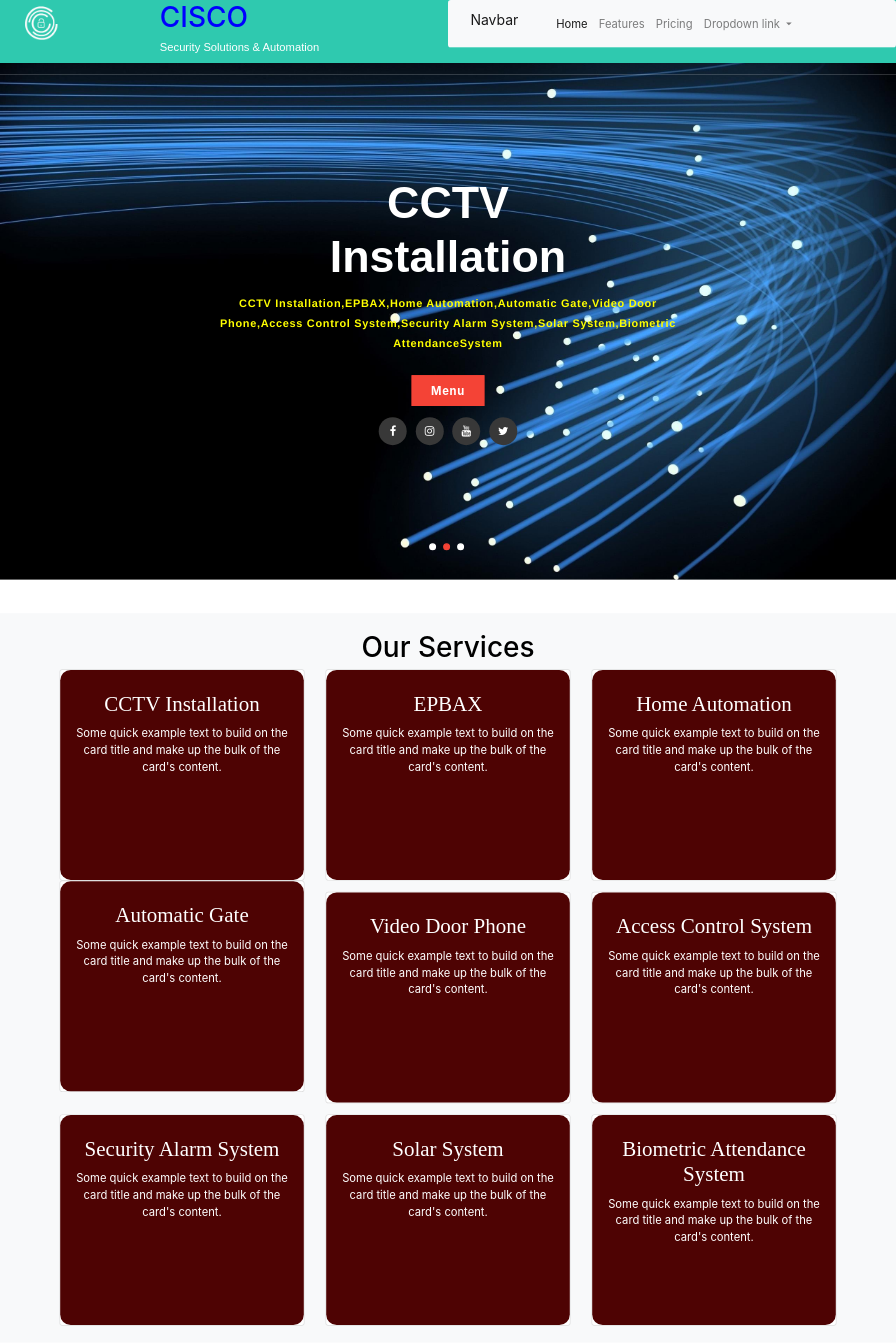
Repository: Nuhman123/Cisco
Page: index.html
The author's editor kept a copy of each file at every save. The page is drawn from the files as they stood at one save, then again after a run of saves.
The browser window is 1280 px wide. The pictures show the part of the page from y = 0 to 1920 px (the page is 3545 px tall), at 70% of full size.

Above is the page before, as saved 2021-04-09 11:20:37.

### index.html
<!--A Design by W3layouts
Author: W3layout
Author URL: http://w3layouts.com
License: Creative Commons Attribution 3.0 Unported
License URL: http://creativecommons.org/licenses/by/3.0/
-->
<!DOCTYPE html>
<html lang="en">
<head>
<title>CISCO security solutions & automation</title>
<meta name="viewport" content="width=device-width, initial-scale=1">
<meta http-equiv="Content-Type" content="text/html; charset=utf-8" />
<meta name="keywords" content="Royal Recipes Responsive web template, Bootstrap Web Templates, Flat Web Templates, Android Compatible web template,
Smartphone Compatible web template, free webdesigns for Nokia, Samsung, LG, SonyEricsson, Motorola web design" />
<script type="application/x-javascript"> addEventListener("load", function() { setTimeout(hideURLbar, 0); }, false); function hideURLbar(){ window.scrollTo(0,1); } </script>
<!-- bootstrap-css -->
<link href="css/bootstrap.css" rel="stylesheet" type="text/css" media="all" />
<!--// bootstrap-css -->
<!-- css -->
<link rel="stylesheet" href="css/style.css" type="text/css" media="all" />
<!--// css -->
<link rel="stylesheet" href="css/owl.carousel.css" type="text/css" media="all">
<link href="css/owl.theme.css" rel="stylesheet">
<!-- font-awesome icons -->
<link href="css/font-awesome.css" rel="stylesheet">
<!-- //font-awesome icons -->
<!-- font -->
<link href='//fonts.googleapis.com/css?family=Pacifico' rel='stylesheet' type='text/css'>
<link href='//fonts.googleapis.com/css?family=Open+Sans+Condensed:300,300italic,700' rel='stylesheet' type='text/css'>
<!-- //font -->
<script src="js/jquery-1.11.1.min.js"></script>
<script src="js/bootstrap.js"></script>
<link rel="stylesheet" href="https://maxcdn.bootstrapcdn.com/bootstrap/4.0.0/css/bootstrap.min.css" integrity="sha384-Gn5384xqQ1aoWXA+058RXPxPg6fy4IWvTNh0E263XmFcJlSAwiGgFAW/dAiS6JXm" crossorigin="anonymous">
<!-- light-box -->
<link rel="stylesheet" href="css/lightbox.css">
<!-- //light-box -->
<script src="js/SmoothScroll.min.js"></script>
<!--search jQuery-->
<script src="js/main.js"></script>
<!--//search jQuery-->
<script type="text/javascript">
	jQuery(document).ready(function($) {
		$(".scroll").click(function(event){
			event.preventDefault();
			$('html,body').animate({scrollTop:$(this.hash).offset().top},1000);
		});
	});
</script>

<script>
$(document).ready(function() {
	$("#owl-demo").owlCarousel({

		autoPlay: 3000, //Set AutoPlay to 3 seconds
		autoPlay:true,
		items : 4,
		itemsDesktop : [640,5],
		itemsDesktopSmall : [414,4]

	});

});
</script>
</head>
<body>
	<header class="header-1">
		<div class="col-xs-2">
			<img src="images/csc0log.png">
		</div>
		<div class="col-xs-4">
			<h1>CISCO</h1>
			<p>Security Solutions & Automation</p>
		</div>
		<nav class="navbar navbar-expand-lg navbar-light bg-light">
			<a class="navbar-brand" href="#">Navbar</a>
			<button class="navbar-toggler" type="button" data-toggle="collapse" data-target="#navbarNavDropdown" aria-controls="navbarNavDropdown" aria-expanded="false" aria-label="Toggle navigation">
			  <span class="navbar-toggler-icon"></span>
			</button>
			<div class="collapse navbar-collapse" id="navbarNavDropdown">
			  <ul class="navbar-nav">
				<li class="nav-item active">
				  <a class="nav-link" href="#">Home <span class="sr-only">(current)</span></a>
				</li>
				<li class="nav-item">
				  <a class="nav-link" href="#">Features</a>
				</li>
				<li class="nav-item">
				  <a class="nav-link" href="#">Pricing</a>
				</li>
				<li class="nav-item dropdown">
				  <a class="nav-link dropdown-toggle" href="#" id="navbarDropdownMenuLink" data-toggle="dropdown" aria-haspopup="true" aria-expanded="false">
					Dropdown link
				  </a>
				  <div class="dropdown-menu" aria-labelledby="navbarDropdownMenuLink">
					<a class="dropdown-item" href="#">Action</a>
					<a class="dropdown-item" href="#">Another action</a>
					<a class="dropdown-item" href="#">Something else here</a>
				  </div>
				</li>
			  </ul>
			</div>
		  </nav>
	</header>
	<!-- banner -->
	<div class="banner">
		<div class="top-banner">
			<div class="container">

			</div>
		</div>
		<div class="header">
			<div class="container">
				<div class="logo">

				</div>
				<div class="clearfix"> </div>
			</div>
		</div>
		<div class="banner-slider">
			<div class="container">
				<div class="slider">
					<div class="callbacks_container">
						<ul class="rslides callbacks callbacks1" id="slider4">
							<li>
								<div class="agileits-banner-info">
									<img src="images/csc0log.png">
									<h3>CISCO</h3>
									<h5>Security Solutions & Automation</h5>
									<p>CCTV Installation,EPBAX,Home Automation,Automatic Gate,Video Door Phone,Access Control System,Security Alarm System,Solar System,Biometric AttendanceSystem</p>
									<a href="menu.html">Menu</a>

								</div>
							</li>
							<li>
								<div class="agileits-banner-info">
									<h3>CCTV<br> Installation</h3>
									<p>CCTV Installation,EPBAX,Home Automation,Automatic Gate,Video Door Phone,Access Control System,Security Alarm System,Solar System,Biometric AttendanceSystem</p>
									<a href="menu.html">Menu</a>
								</div>
							</li>
							<li>
								<div class="agileits-banner-info">
									<img src="images/csc0log.png">
									<h3>CISCO</h3>
									<p>CCTV Installation,EPBAX,Home Automation,Automatic Gate,Video Door Phone,Access Control System,Security Alarm System,Solar System,Biometric AttendanceSystem</p>
									<a href="menu.html">Menu</a>
								</div>
							</li>
						</ul>
						<div class="social text-center">
							<ul>
								<li><a href="https://www.facebook.com/cisco_security_solutions-101064504984043/"><i class="fa fa-facebook"></i></a></li>
								<li><a href="https://www.instagram.com/ci8sco_security_solutions?r=nametag"><i class="fa fa-instagram"></i></a></li>
								<li><a href="https://youtube.com/channel/UCSI_CHHL5nW7fggODaksUw"><i class="fa fa-youtube"></i></a></li>
								<li><a href="https://twitter.com"><i class="fa fa-twitter"></i></a></li>
							</ul>
						</div>
					</div>
					<script src="js/responsiveslides.min.js"></script>
					<script>
						// You can also use "$(window).load(function() {"
						$(function () {
						  // Slideshow 4
						  $("#slider4").responsiveSlides({
							auto: true,
							pager:true,
							nav:false,
							speed: 500,
							namespace: "callbacks",
							before: function () {
							  $('.events').append("<li>before event fired.</li>");
							},
							after: function () {
							  $('.events').append("<li>after event fired.</li>");
							}
						  });

						});
					 </script>
					<!--banner Slider starts Here-->
				</div>
			</div>
		</div>
	</div>
	<!-- banner -->
	<!-- services -->
	<section class="bg-light p-4 mt-5" id="services">
		<div class="container">
		  <h1 class="services text-center">Our Services</h1>
		  <div class="row">
			<div class="col-lg-4 col-md-6">
			  <div class="card text-center">

				<div class="card-body">
				  <h5 class="card-title">CCTV Installation</h5>
				  <p class="card-text">Some quick example text to build on the card title and make up the bulk of the card's content.</p>
				</div>
			  </div>
			</div>
			<div class="col-lg-4 col-md-6 ">
			  <div class="card text-center ">

				<div class="card-body">
				  <h5 class="card-title">EPBAX</h5>
				  <p class="card-text">Some quick example text to build on the card title and make up the bulk of the card's content.</p>
				</div>
			  </div>
			</div>
			<div class="col-lg-4 col-md-6">
			  <div class="card text-center ">

				<div class="card-body">
				  <h5 class="card-title">Home Automation</h5>
				  <p class="card-text">Some quick example text to build on the card title and make up the bulk of the card's content.</p>
				</div>
			  </div>
			</div>
			<div class="col-lg-4 col-md-6">
			  <div class="card text-center">
				<div class="card-body">
				  <h5 class="card-title">Automatic Gate</h5>
				  <p class="card-text">Some quick example text to build on the card title and make up the bulk of the card's content.</p>
				</div>
			  </div>
			</div>
			<div class="col-lg-4 col-md-6  pt-3">
			  <div class="card text-center">
				<div class="card-body">
				  <h5 class="card-title">Video Door Phone</h5>
				  <p class="card-text">Some quick example text to build on the card title and make up the bulk of the card's content.</p>
				</div>
			  </div>
			</div>
			<div class="col-lg-4 col-md-6  pt-3">
			  <div class="card text-center ">
				<div class="card-body">
				  <h5 class="card-title">Access Control System</h5>
				  <p class="card-text">Some quick example text to build on the card title and make up the bulk of the card's content.</p>
				</div>
			  </div>
			</div>
			<div class="col-lg-4 col-md-6  pt-3">
				<div class="card text-center ">
				  <div class="card-body">
					<h5 class="card-title">Security Alarm System</h5>
					<p class="card-text">Some quick example text to build on the card title and make up the bulk of the card's content.</p>
				  </div>
				</div>
			  </div>
			  <div class="col-lg-4 col-md-6  pt-3">
				<div class="card text-center ">
				  <div class="card-body">
					<h5 class="card-title">Solar System</h5>
					<p class="card-text">Some quick example text to build on the card title and make up the bulk of the card's content.</p>
				  </div>
				</div>
			  </div>
			  <div class="col-lg-4 col-md-6  pt-3">
				<div class="card text-center ">
				  <div class="card-body">
					<h5 class="card-title">Biometric Attendance System</h5>
					<p class="card-text">Some quick example text to build on the card title and make up the bulk of the card's content.</p>
				  </div>
				</div>
			  </div>
		  </div>
		</div>
	  </section>
	<!-- //services -->
	<!-- offer -->
	<div class="jarallax offer">
		<div class="container">
			<div class="w3l-offer-heading">
				<h3>Today Offers</h3>
			</div>
			<div class="w3ls-offer-slider">
				<div class="slider">
					<div class="callbacks_container">
						<ul class="rslides callbacks callbacks1" id="slider3">
							<li>
								<div class="agileinfo-offer-grid">
									<h4>45<span>%</span></h4>
									<h5>Pork Vindaloo</h5>
									<p>Quisque scelerisque rutrum nunc, eget hendrerit diam porta efficitur. Duis bibendum consequat est, sed efficitur arcu. Morbi viverra, leo sit amet vestibulum dignissim, tortor est dignissim dolor, eu accumsan est urna id felis. </p>
								</div>
							</li>
							<li>
								<div class="agileinfo-offer-grid">
									<h4>50%</h4>
									<h5>Phaal Curry</h5>
									<p>Vestibulum euismod porttitor interdum. Vivamus porta consectetur nulla porttitor hendrerit. Pellentesque ultrices augue ut nibh feugiat, nec egestas orci cursus. Sed vehicula quis erat sed lobortis. Curabitur eleifend sit amet.</p>
								</div>
							</li>
							<li>
								<div class="agileinfo-offer-grid">
									<h4>64%</h4>
									<h5>Laal Maas</h5>
									<p>Aenean volutpat auctor ultrices. Aliquam ac turpis ultrices, porta enim at, interdum velit. Ut ligula justo, sodales eu nisi a, molestie dictum leo. Sed blandit porta ante, at consequat nulla fermentum a. Donec aliquet tristique.</p>
								</div>
							</li>
						</ul>
					</div>
					<script>
						// You can also use "$(window).load(function() {"
						$(function () {
						  // Slideshow 4
						  $("#slider3").responsiveSlides({
							auto: true,
							pager:false,
							nav:false,
							speed: 500,
							namespace: "callbacks",
							before: function () {
							  $('.events').append("<li>before event fired.</li>");
							},
							after: function () {
							  $('.events').append("<li>after event fired.</li>");
							}
						  });

						});
					 </script>
					<!--banner Slider starts Here-->
				</div>
			</div>
			<script src="js/jarallax.js"></script>
		</div>
	</div>
	<!-- //offer -->
	<!-- special -->
	<div class="special">
		<div class="container">
			<div class="wthree-special-heading">
				<h3>IMAGES</h3>
			</div>
			<div class="special-grids">
				<div id="owl-demo" class="owl-carousel owl-theme">
						<div class="item">
							<div class="w3-agileits-special-grid-info">
								<img src="images/bio.jfif" alt="" />
							</div>
						</div>
						<div class="item">
							<div class="w3-agileits-special-grid-info">
								<img src="images/epbax.jpeg" alt="" />

							</div>
						</div>
						<div class="item">
							<div class="w3-agileits-special-grid-info">
								<img src="images/h automations.jfif" alt="" />

							</div>
						</div>
						<div class="item">
							<div class="w3-agileits-special-grid-info">
								<img src="images/home automa 5.jfif" alt="" />
							</div>
						</div>
						<div class="item">
							<div class="w3-agileits-special-grid-info">
								<img src="images/ghy.jfif" alt="" />

							</div>
						</div>
						<div class="item">
							<div class="w3-agileits-special-grid-info">
								<img src="images/289c9c264087cddc084383969cd6e19f.jpg" alt="" />

							</div>
						</div>
						<div class="item">
							<div class="w3-agileits-special-grid-info">
								<img src="images/h automations.jfif3.jfif" alt="" />

							</div>
						</div>
						<div class="item">
							<div class="w3-agileits-special-grid-info">
								<img src="images/cctv3.jpg" alt="" />

							</div>
						</div>
				</div>
			</div>
		</div>
	</div>
	<!-- //special -->
	<!-- footer -->
	<div class="w3-agile-footer">
		<div class="container">
			<div class="footer-grids">
				<div class="col-md-4 footer-grid">
					<div class="footer-grid-heading">
						<h4>Address</h4>
					</div>
					<div class="footer-grid-info">
						<h1>CISCO</h1>
						<h4 class="">Security Solutions & Automation</h4>
						</di>
						<p class="phone">Phone : 9656457858|9072251938
							<span>Email : <a href="pklcisco@email.com">pklcisco@gmail.com</a></span>
						</p>
						<p>Oppo South Indian ATM,Near Zella Fancy 	Pulikkal </p>
					</div>

				</div>
				<div class="col-md-4 footer-grid">
					<div class="footer-grid-heading">
						<h4>Navigation</h4>
					</div>
					<div class="footer-grid-info">
						<ul class="">
							<li><a href="index.html">Home</a></li>
							<li><a href="about.html">About</a></li>
							<li><a href="menu.html">Menu</a></li>
							<li><a href="contact.html">Contact</a></li>
						</ul>
					</div>
				</div>
				<div class="col-md-4 footer-grid">
					<div class="footer-grid-heading">
						<h4>Follow</h4>
					</div>
					<div class="social">
						<ul>
							<li><a href="https://www.facebook.com/cisco_security_solutions-101064504984043/"><i class="fa fa-facebook"></i></a></li>
							<li><a href="https://www.instagram.com/ci8sco_security_solutions?r=nametag"><i class="fa fa-instagram"></i></a></li>
							<li><a href="https://youtube.com/channel/UCSI_CHHL5nW7fggODaksUw"><i class="fa fa-youtube"></i></a></li>
							<li><a href="https://twitter.com"><i class="fa fa-twitter"></i></a></li>
						</ul>
					</div>
				<div class="clearfix"> </div>
			</div>
		</div>
	</div>
	<div class="agileits-w3layouts-copyright">
		<p>| Design by <a href=""> AKN Creations </a> </p>
		<li style="color: yellow;"><i  class="fa fa-phone" aria-hidden="true"></i> 9446795304</li>
	</div>
	</div>
	<!-- //footer -->
	<script src="js/owl.carousel.js"></script>
	<script type="text/javascript" src="js/move-top.js"></script>
	<script type="text/javascript" src="js/easing.js"></script>
	<!-- here stars scrolling icon -->
	<script type="text/javascript">
		$(document).ready(function() {
			/*
				var defaults = {
				containerID: 'toTop', // fading element id
				containerHoverID: 'toTopHover', // fading element hover id
				scrollSpeed: 1200,
				easingType: 'linear'
				};
			*/

			$().UItoTop({ easingType: 'easeOutQuart' });

			});
	</script>
<!-- //here ends scrolling icon -->
<script type="text/javascript">
			/* init Jarallax */
			$('.jarallax').jarallax({
				speed: 0.5,
				imgWidth: 1366,
				imgHeight: 768
			})
		</script>
</body>
</html>

Loaded but not shown: css/bootstrap.css (library); css/owl.carousel.css (common file); css/owl.theme.css (common file); css/font-awesome.css (library); js/jquery-1.11.1.min.js (library); js/bootstrap.js (library); css/lightbox.css (library); js/SmoothScroll.min.js (library); js/responsiveslides.min.js (library); js/owl.carousel.js (library); js/jarallax.js (433 lines, source omitted); js/easing.js (140 lines, source omitted); js/main.js (100 lines, source omitted); js/move-top.js (5 lines, source omitted); css/style.css (2043 lines, source omitted)

After the next 3 saves:
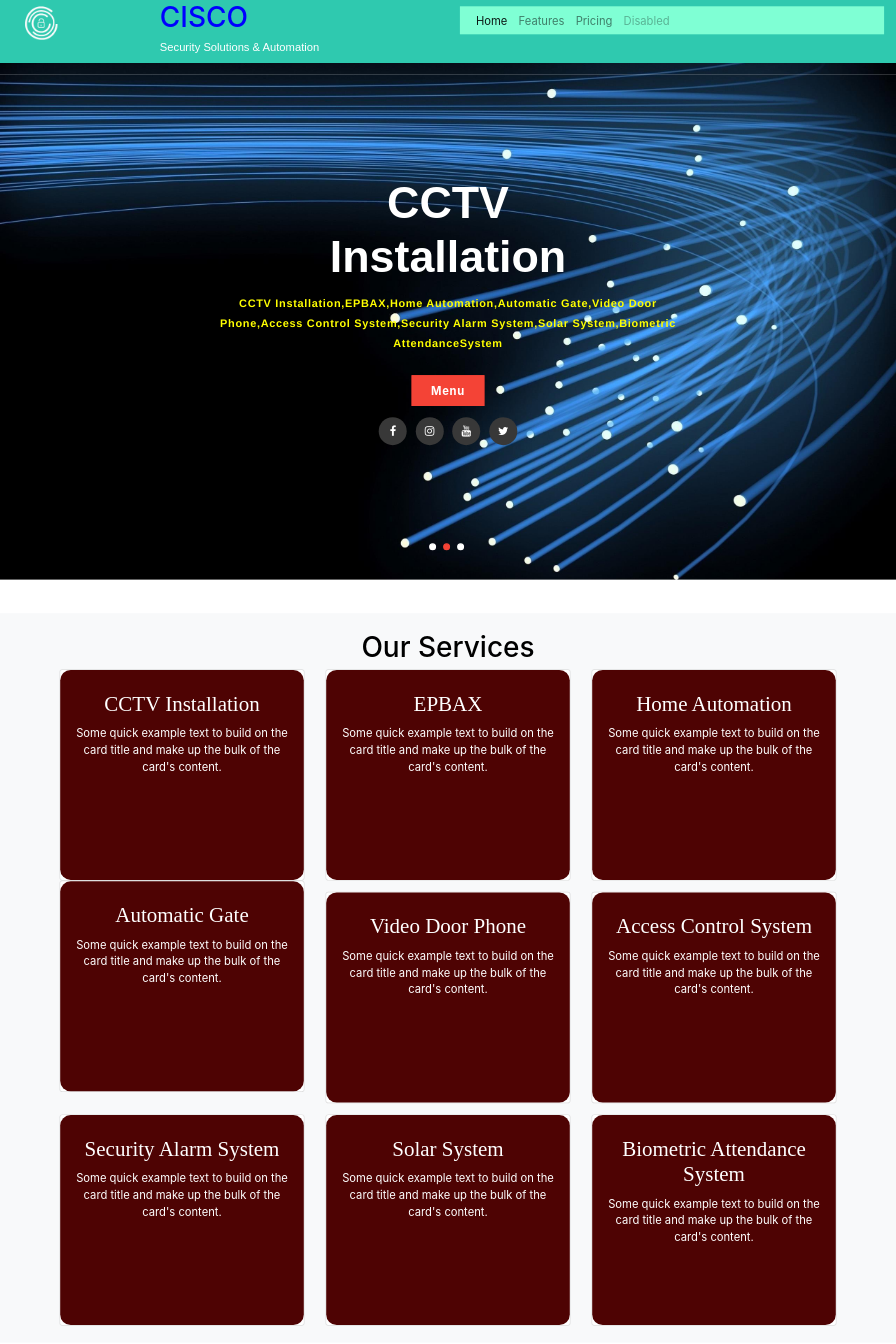
The 3 saves are shown as one change because they came seconds apart.
The last was saved 38 s later.
--- a/index.html
+++ b/index.html
@@ -71,33 +71,17 @@
 			<h1>CISCO</h1>
 			<p>Security Solutions & Automation</p>
 		</div>
-		<nav class="navbar navbar-expand-lg navbar-light bg-light">
-			<a class="navbar-brand" href="#">Navbar</a>
-			<button class="navbar-toggler" type="button" data-toggle="collapse" data-target="#navbarNavDropdown" aria-controls="navbarNavDropdown" aria-expanded="false" aria-label="Toggle navigation">
+		<nav class="navbar navbar-expand-lg navbar-light">
+			<button style="background-color:white;" class="navbar-toggler" type="button" data-toggle="collapse" data-target="#navbarNavAltMarkup" aria-controls="navbarNavAltMarkup" aria-expanded="false" aria-label="Toggle navigation">
 			  <span class="navbar-toggler-icon"></span>
 			</button>
-			<div class="collapse navbar-collapse" id="navbarNavDropdown">
-			  <ul class="navbar-nav">
-				<li class="nav-item active">
-				  <a class="nav-link" href="#">Home <span class="sr-only">(current)</span></a>
-				</li>
-				<li class="nav-item">
-				  <a class="nav-link" href="#">Features</a>
-				</li>
-				<li class="nav-item">
-				  <a class="nav-link" href="#">Pricing</a>
-				</li>
-				<li class="nav-item dropdown">
-				  <a class="nav-link dropdown-toggle" href="#" id="navbarDropdownMenuLink" data-toggle="dropdown" aria-haspopup="true" aria-expanded="false">
-					Dropdown link
-				  </a>
-				  <div class="dropdown-menu" aria-labelledby="navbarDropdownMenuLink">
-					<a class="dropdown-item" href="#">Action</a>
-					<a class="dropdown-item" href="#">Another action</a>
-					<a class="dropdown-item" href="#">Something else here</a>
-				  </div>
-				</li>
-			  </ul>
+			<div class="collapse navbar-collapse" id="navbarNavAltMarkup" style="background-color: aquamarine;">
+			  <div class="navbar-nav text-center" >
+				<a class="nav-item nav-link active" href="#">Home <span class="sr-only">(current)</span></a>
+				<a class="nav-item nav-link" href="#">Features</a>
+				<a class="nav-item nav-link" href="#">Pricing</a>
+				<a class="nav-item nav-link disabled" href="#">Disabled</a>
+			  </div>
 			</div>
 		  </nav>
 	</header>
